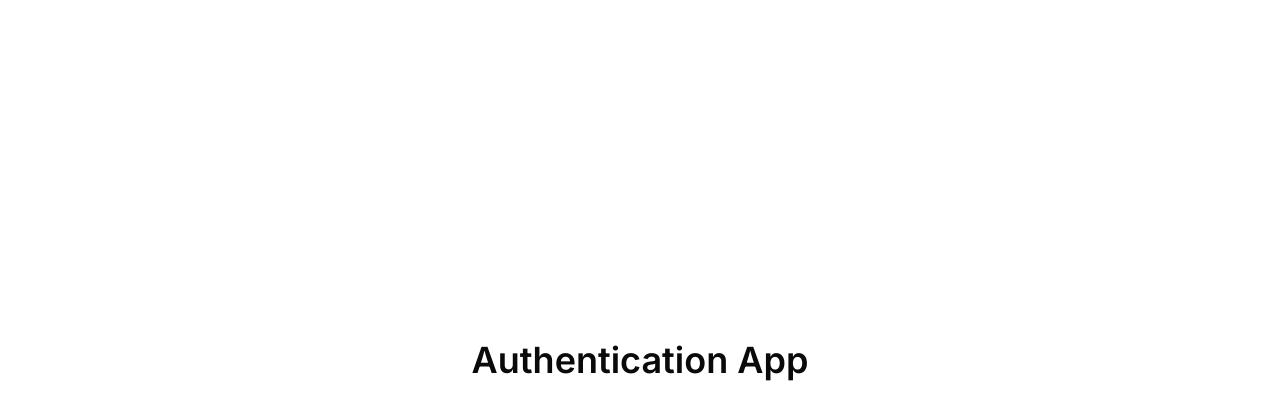
Repository: nickgoel31/authentication-toolkit
Page: /
The author's editor kept a copy of each file at every save. The page is drawn from the files as they stood at one save, then again after the next save.
The browser window is 1280 px wide. The pictures show the whole page.
The project was rebuilt for these pictures with package versions that can differ from the ones it lists, and the page was loaded fresh each time. The framework's server and built-in components were replaced by stand-ins that run in the browser. Also part of the build but not shown: next.config.mjs.

Above is the page before, as saved 2024-02-04 13:06:03.

### app/layout.tsx
import type { Metadata } from "next";
import { Inter } from "next/font/google";
import "./globals.css";
import { ThemeProvider } from "@/providers/theme-provider";

const inter = Inter({ subsets: ["latin"] });

export const metadata: Metadata = {
  title: "Authentication App",
  description: "Generated by create next app",
};

export default function RootLayout({
  children,
}: Readonly<{
  children: React.ReactNode;
}>) {
  return (
    <html lang="en">
      <body className={inter.className}>
      <ThemeProvider
        attribute="class"
        defaultTheme="system"
        enableSystem
        disableTransitionOnChange
        >
        {children}

      </ThemeProvider>
      </body>
    </html>
  );
}

### app/(landing)/layout.tsx
import React from 'react'

const HomeLayout = ({children} : {children:React.ReactNode}) => {
  return (
    <div className='h-full flex flex-col items-center justify-center'>
        {children}
    </div>
  )
}

export default HomeLayout

### app/(landing)/page.tsx
import Image from "next/image";

export default function Home() {
  return (
    <div className="flex flex-col space-y-4 items-center justify-center">
      <h1 className="font-semibold text-4xl">Authentication App</h1>
    </div>
  );
}

### app/globals.css
@tailwind base;
@tailwind components;
@tailwind utilities;

html,body{
  height: 100%;
}

@layer base {
  :root {
    --background: 0 0% 100%;
    --foreground: 0 0% 3.9%;

    --card: 0 0% 100%;
    --card-foreground: 0 0% 3.9%;

    --popover: 0 0% 100%;
    --popover-foreground: 0 0% 3.9%;

    --primary: 0 0% 9%;
    --primary-foreground: 0 0% 98%;

    --secondary: 0 0% 96.1%;
    --secondary-foreground: 0 0% 9%;

    --muted: 0 0% 96.1%;
    --muted-foreground: 0 0% 45.1%;

    --accent: 0 0% 96.1%;
    --accent-foreground: 0 0% 9%;

    --destructive: 0 84.2% 60.2%;
    --destructive-foreground: 0 0% 98%;

    --border: 0 0% 89.8%;
    --input: 0 0% 89.8%;
    --ring: 0 0% 3.9%;

    --radius: 0.5rem;
  }

  .dark {
    --background: 0 0% 3.9%;
    --foreground: 0 0% 98%;

    --card: 0 0% 3.9%;
    --card-foreground: 0 0% 98%;

    --popover: 0 0% 3.9%;
    --popover-foreground: 0 0% 98%;

    --primary: 0 0% 98%;
    --primary-foreground: 0 0% 9%;

    --secondary: 0 0% 14.9%;
    --secondary-foreground: 0 0% 98%;

    --muted: 0 0% 14.9%;
    --muted-foreground: 0 0% 63.9%;

    --accent: 0 0% 14.9%;
    --accent-foreground: 0 0% 98%;

    --destructive: 0 62.8% 30.6%;
    --destructive-foreground: 0 0% 98%;

    --border: 0 0% 14.9%;
    --input: 0 0% 14.9%;
    --ring: 0 0% 83.1%;
  }
}

@layer base {
  * {
    @apply border-border;
  }
  body {
    @apply bg-background text-foreground;
  }
}

Loaded but not shown: providers/theme-provider.tsx (common file); tailwind.config.ts (common file)

After the next save:
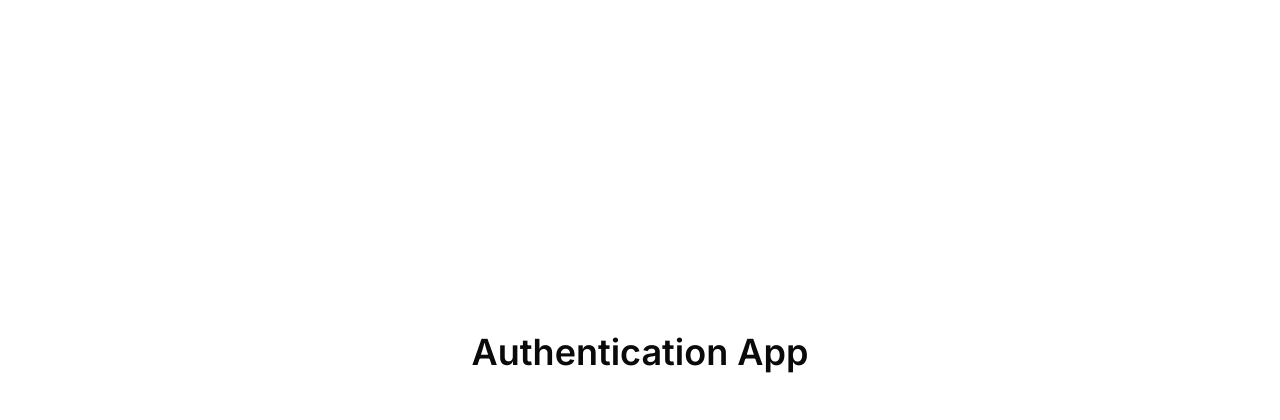
Saved 15 s later.
--- a/app/(landing)/page.tsx
+++ b/app/(landing)/page.tsx
@@ -4,6 +4,7 @@ export default function Home() {
   return (
     <div className="flex flex-col space-y-4 items-center justify-center">
       <h1 className="font-semibold text-4xl">Authentication App</h1>
+      <p className="text-muted-foreground text-medium"></p>
     </div>
   );
 }
